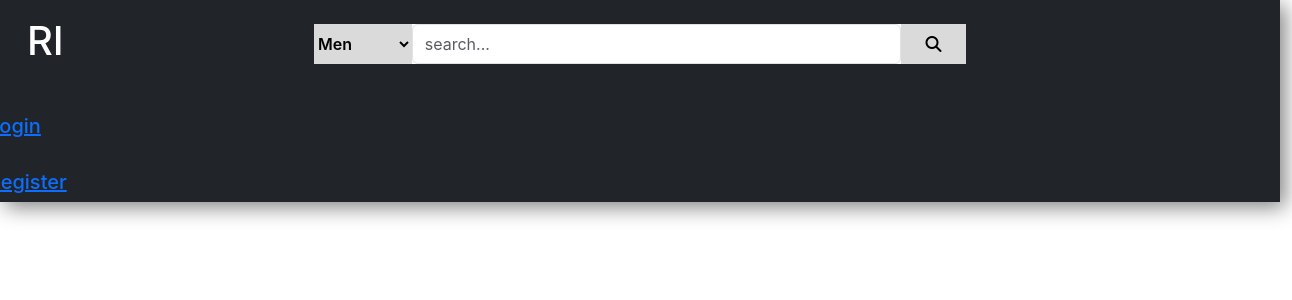
Repository: KodandaraoChellapilli/e-store
Page: /
These files come from the project's save history. The page is drawn as it stood at one moment and after the next save; the edit follows.
The browser window is 1280 px wide. The page is 1292 px wide, so the pictures cover 1292 px, including what lies to the right of the window. The pictures show the whole page.
The project was rebuilt for these pictures with package versions that can differ from the ones it lists, and the page was loaded fresh each time.

Above is the page before, as saved 2025-06-05 10:27:22.

### public/index.html
<!DOCTYPE html>
<html lang="en">
  <head>
    <meta charset="utf-8" />
    <link rel="icon" href="%PUBLIC_URL%/favicon.ico" />
    <meta name="viewport" content="width=device-width, initial-scale=1" />
    <meta name="theme-color" content="#000000" />
    <meta
      name="description"
      content="Web site created using create-react-app"
    />
    <link rel="apple-touch-icon" href="%PUBLIC_URL%/logo192.png" />
    <!--
      manifest.json provides metadata used when your web app is installed on a
      user's mobile device or desktop. See https://developers.google.com/web/fundamentals/web-app-manifest/
    -->
    <link rel="manifest" href="%PUBLIC_URL%/manifest.json" />

    <link rel="stylesheet"   href="https://cdnjs.cloudflare.com/ajax/libs/font-awesome/6.7.2/css/all.min.css"/>


    <link href="https://cdn.jsdelivr.net/npm/bootstrap@5.3.6/dist/css/bootstrap.min.css" rel="stylesheet" integrity="sha384-4Q6Gf2aSP4eDXB8Miphtr37CMZZQ5oXLH2yaXMJ2w8e2ZtHTl7GptT4jmndRuHDT" crossorigin="anonymous">
    <!--
      Notice the use of %PUBLIC_URL% in the tags above.
      It will be replaced with the URL of the `public` folder during the build.
      Only files inside the `public` folder can be referenced from the HTML.

      Unlike "/favicon.ico" or "favicon.ico", "%PUBLIC_URL%/favicon.ico" will
      work correctly both with client-side routing and a non-root public URL.
      Learn how to configure a non-root public URL by running `npm run build`.
    -->
    <title>React App</title>
  </head>
  <body>
    <noscript>You need to enable JavaScript to run this app.</noscript>
    <div id="root"></div>
    <!--
      This HTML file is a template.
      If you open it directly in the browser, you will see an empty page.

      You can add webfonts, meta tags, or analytics to this file.
      The build step will place the bundled scripts into the <body> tag.

      To begin the development, run `npm start` or `yarn start`.
      To create a production bundle, use `npm run build` or `yarn build`.
    -->
  </body>
</html>

### src/App.js
import logo from './logo.svg';
import './App.css';

function App() {
  return (
    <div className="App">
      <div className='header bg-dark'>
        <div className = 'row'>
          <div className='brand my-1'>
            <h1>RI</h1>
          </div>

          <div className='inp-container p-0 my-4 w-50 h-25 bg-white'>

            <div className='dropdown m-0 p-0'>
              <select className='select-btn w-100 p-0 m-0'>
                <option>Men</option>
                <option>Women</option>
                <option>Kids</option>
              </select>
            </div>
            <input className= 'form-control' placeholder='search...' />
            <button><i className='fa fa-search'/> </button>

          </div>

          <div  className = 'login-container  p-0'>
            <i className='fa fa-user-circle user-icon'/>
            <h5> <a href='#'> Login</a></h5> / <h5><a href="#">Register</a></h5>

          </div>



        </div>

      </div>

    </div>
  );
}

export default App;

### src/App.css
.header{
  max-width: 100%;
  box-shadow: 5px 5px 20px gray;
}

.row div{
  display: inline-block;
}

.brand{
  color:white;
  margin-left: 2%;
  padding: 0.8em;
  width: 23%;
}

.inp-container input{
  display: inline-block;
  width: 75%;
  height: 2.5em;
}

.inp-container button{
  width: 10%;
  height: 2.5em;
  border: none;
  background-color: #dadada;
}

.dropdown {
  width: 15%;
}

.select-btn{
  height: 2.5em;
  border: none;
  background-color: #dadada;
  font-weight: 600;
}


.log

Loaded but not shown: src/index.js (common file); src/index.css (common file); src/reportWebVitals.js (common file)

After the next save:
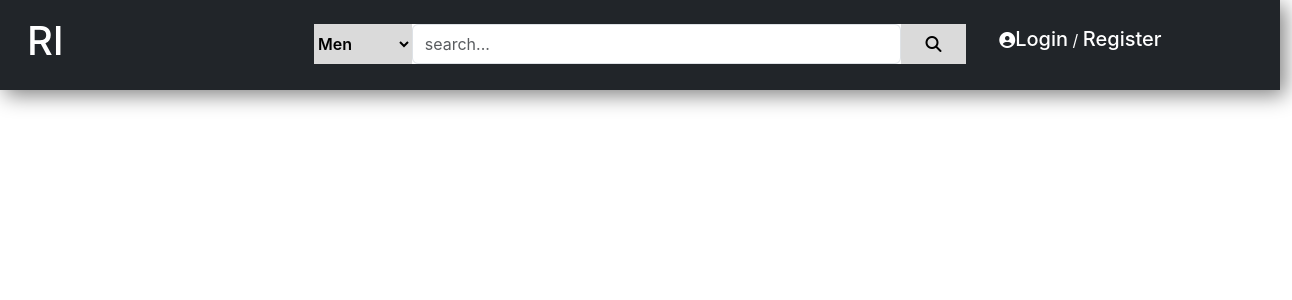
Saved 2 min 53 s later.
--- a/src/App.css
+++ b/src/App.css
@@ -39,4 +39,18 @@
 }
 
 
-.log
+.login-container{
+  width: 15%;
+  color: white;
+  text-align: right;
+  margin: 1.7em 0.2em 0 0;
+}
+
+.login-container i, h5{
+  display: inline-block;
+}
+
+.login-container a{
+  text-decoration: none;
+  color: white;
+}
